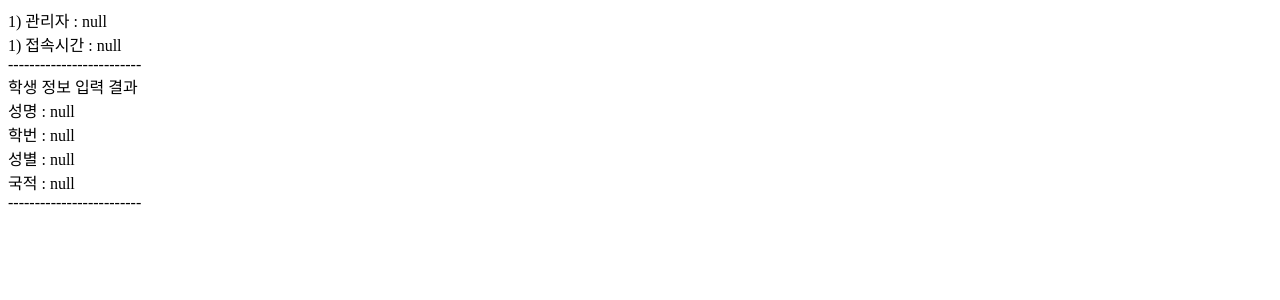
Repository: sunyeongan/Univ_lecture
Page: http://localhost/week10/request2.jsp
These files come from the project's save history. The page is drawn as it stood at one moment and after the next save; the edit follows.
The browser window is 1280 px wide. The pictures show the whole page.
The page is served by Tomcat 9.

Above is the page before, as saved 2022-05-03 03:14:23.

### WebSever_2022/work/week10/week10/src/main/webapp/request2.jsp
<%@ page language="java" contentType="text/html; charset=UTF-8"
    pageEncoding="UTF-8"%>

<%



	request.setCharacterEncoding("euc-kr");


	String npw = request.getParameter("pw");
	String n_name = request.getParameter("name");
	String n_stdNum = request.getParameter("studentNum");
	String nsex = request.getParameter("sex");
	String ncountry = request.getParameter("country");
	String nadmin  = request.getParameter("admin");
	String ntime = request.getParameter("time");

	out.println("1) 관리자  : " + nadmin + "<br>");
	out.println("1) 접속시간  : " + ntime + "<br>");
	out.println("-------------------------" + "<br>");

	out.println("학생 정보 입력 결과" + "<br>");
	out.println("성명 : " + n_name + "<br>");
	out.println("학번 : " + n_stdNum + "<br>");

	out.println("성별 : " + nsex + "<br>");
	out.println("국적 : " + ncountry + "<br>");
	out.println("-------------------------" + "<br>");
%>

After the next save:
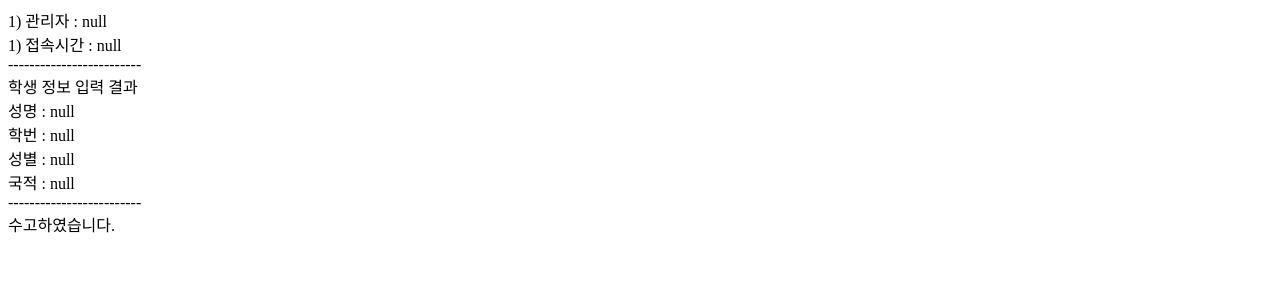
Saved 15 s later.
--- a/WebSever_2022/work/week10/week10/src/main/webapp/request2.jsp
+++ b/WebSever_2022/work/week10/week10/src/main/webapp/request2.jsp
@@ -27,4 +27,5 @@
 	out.println("성별 : " + nsex + "<br>");
 	out.println("국적 : " + ncountry + "<br>");
 	out.println("-------------------------" + "<br>");
+	out.println("수고하였습니다. " + "<br>");
 %>
